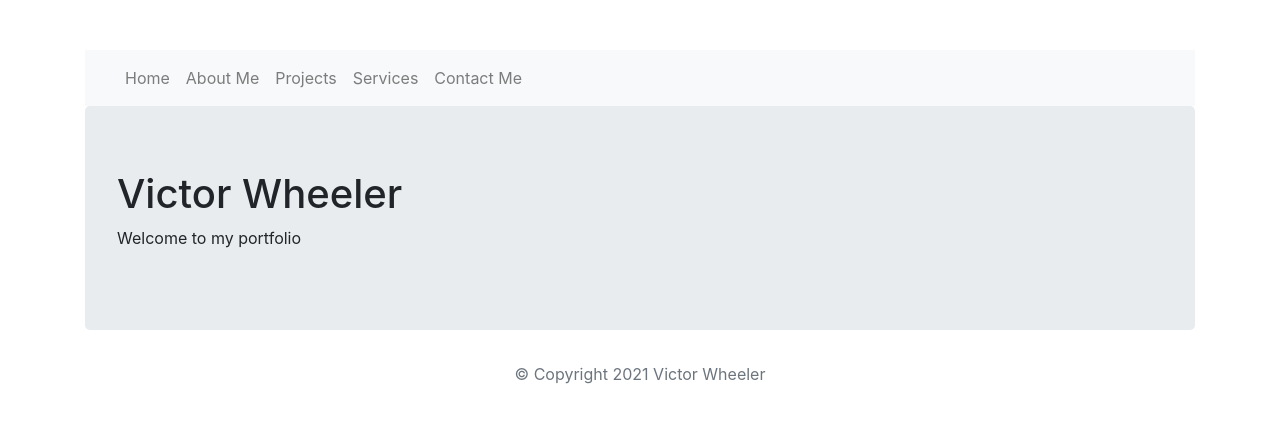
Repository: VictorWheeler/COMP_229_301167760
Page: http://localhost/
An editor plug-in stored every save of this project. The page is shown before and after the next save, followed by the edit.
The browser window is 1280 px wide. The pictures show the whole page.
The page is served by the project's Node server (server.js).

Above is the page before, as saved 2021-09-29 10:49:12.

### Express-Portfolio-Site/views/pages/index.ejs
<!DOCTYPE html>
<html lang="en">
<head>
  <%- include('../partials/head'); %>
</head>
<body class="container">

<header>
  <%- include('../partials/header'); %>
</header>

<main>
  <div class="jumbotron">
    <h1>Victor Wheeler</h1>
    <p>Welcome to my portfolio</p>
  </div>
</main>

<footer>
  <%- include('../partials/footer'); %>
</footer>

</body>
</html>

### Express-Portfolio-Site/views/partials/head.ejs
<meta charset="UTF-8">
<title>Victor Wheeler</title>

<!-- CSS (load bootstrap from a CDN) -->
<link rel="stylesheet" href="https://cdnjs.cloudflare.com/ajax/libs/twitter-bootstrap/4.5.2/css/bootstrap.min.css">
<style>
  body { padding-top:50px; }
</style>

### Express-Portfolio-Site/views/partials/header.ejs
<nav class="navbar navbar-expand-lg navbar-light bg-light">
  <a class="navbar-brand" img src="/public/images/vw_logo.png"></a>
  <ul class="navbar-nav mr-auto">
    <li class="nav-item">
      <a class="nav-link" href="/">Home</a>
    </li>
    <li class="nav-item">
      <a class="nav-link" href="/about">About Me</a>
    </li>
    <li class="nav-item">
      <a class="nav-link" href="/projects">Projects</a>
    </li>
    <li class="nav-item">
      <a class="nav-link" href="/services">Services</a>
    </li>
    <li class="nav-item">
      <a class="nav-link" href="/contact">Contact Me</a>
    </li>
  </ul>
</nav>

### Express-Portfolio-Site/views/partials/footer.ejs
<p class="text-center text-muted">&copy; Copyright 2021 Victor Wheeler</p>

### Express-Portfolio-Site/server.js
var express = require('express');
var app = express();

// set the view engine to ejs
app.set('view engine', 'ejs');

// use res.render to load up an ejs view file

// Home page page
app.get('/', function(req, res) {
  res.render('pages/index');
});

// About Me page
app.get('/about', function(req, res) {
  res.render('pages/about');
});

// Projects page
app.get('/projects', function(req, res) {
    res.render('pages/projects');
  });

  // Services page
app.get('/services', function(req, res) {
    res.render('pages/services');
  });

  // Contact Me page
app.get('/contact', function(req, res) {
    res.render('pages/contact');
  });

app.listen(3000);
console.log('Server is listening on port 3000');

After the next save:
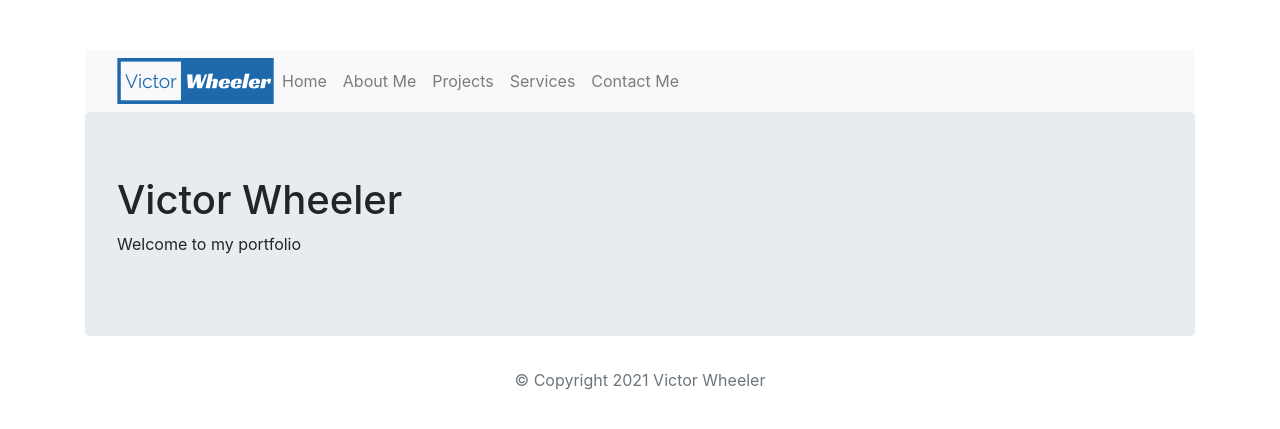
Saved 68 s later.
--- a/Express-Portfolio-Site/views/partials/header.ejs
+++ b/Express-Portfolio-Site/views/partials/header.ejs
@@ -1,5 +1,5 @@
 <nav class="navbar navbar-expand-lg navbar-light bg-light">
-  <a class="navbar-brand" img src="/public/images/vw_logo.png"></a>
+  <a class="navbar-brand"></a><img src="/public/images/vw_logo.png">
   <ul class="navbar-nav mr-auto">
     <li class="nav-item">
       <a class="nav-link" href="/">Home</a>
